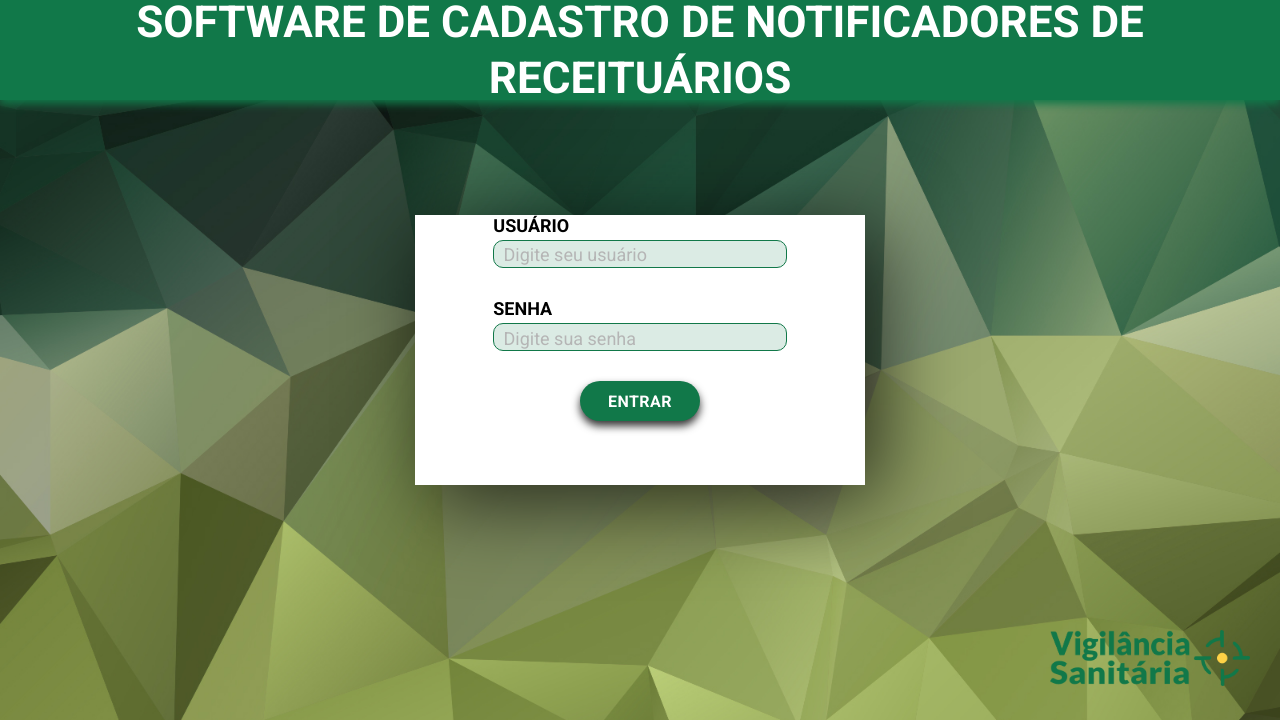
Repository: milena-rosa/web-prescription-notifier
Page: /
These files come from the project's save history. The page is drawn as it stood at one moment and after the next save; the edit follows.
The browser window is 1280 px wide. The pictures show the whole page.
The project was rebuilt for these pictures with package versions that can differ from the ones it lists, and the page was loaded fresh each time. Also part of the build but not shown: src/pages/Home/styles.ts, src/pages/Home/index.tsx.

Above is the page before, as saved 2021-11-07 13:30:49.

After the next save:
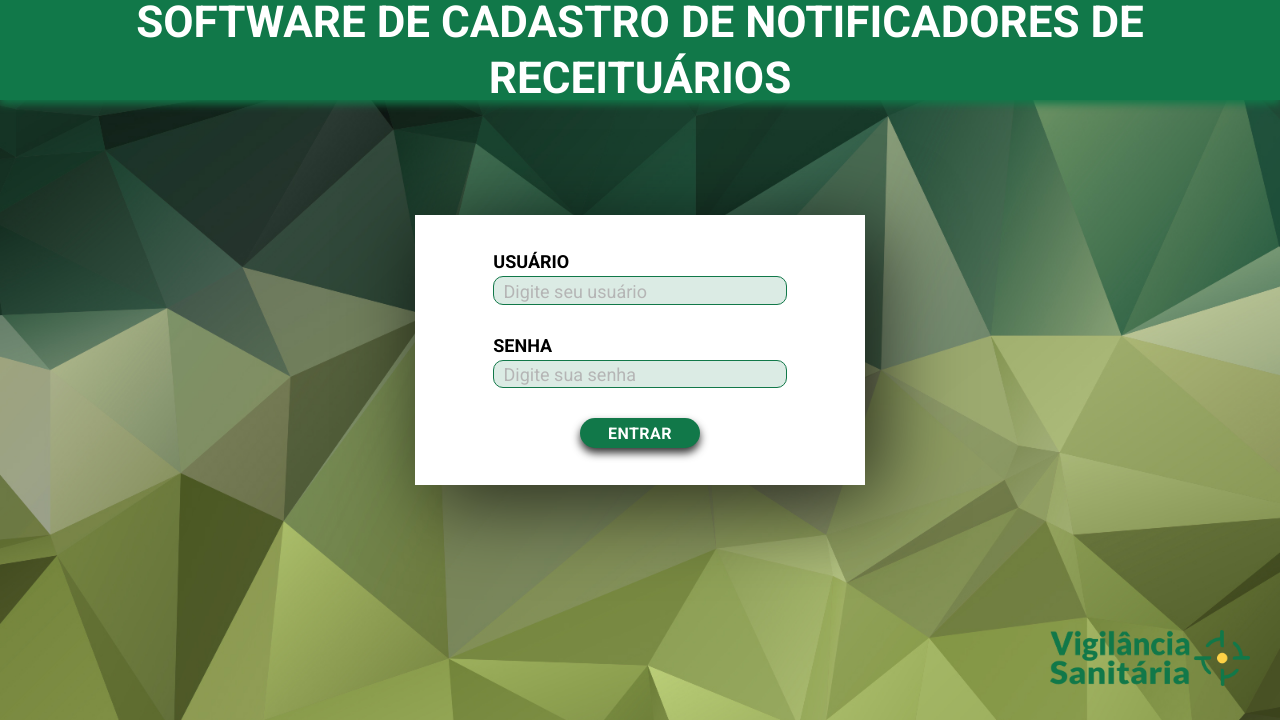
Saved 12 s later.
--- a/src/pages/SignIn/styles.ts
+++ b/src/pages/SignIn/styles.ts
@@ -39,6 +39,7 @@
     filter: drop-shadow(15px 15px 42px rgba(0, 0, 0, 0.7));
     flex-direction: column;
     height: 16.875rem;
+    padding: 2.28rem;
     width: 28.125rem;
   }
 

After the save that followed:
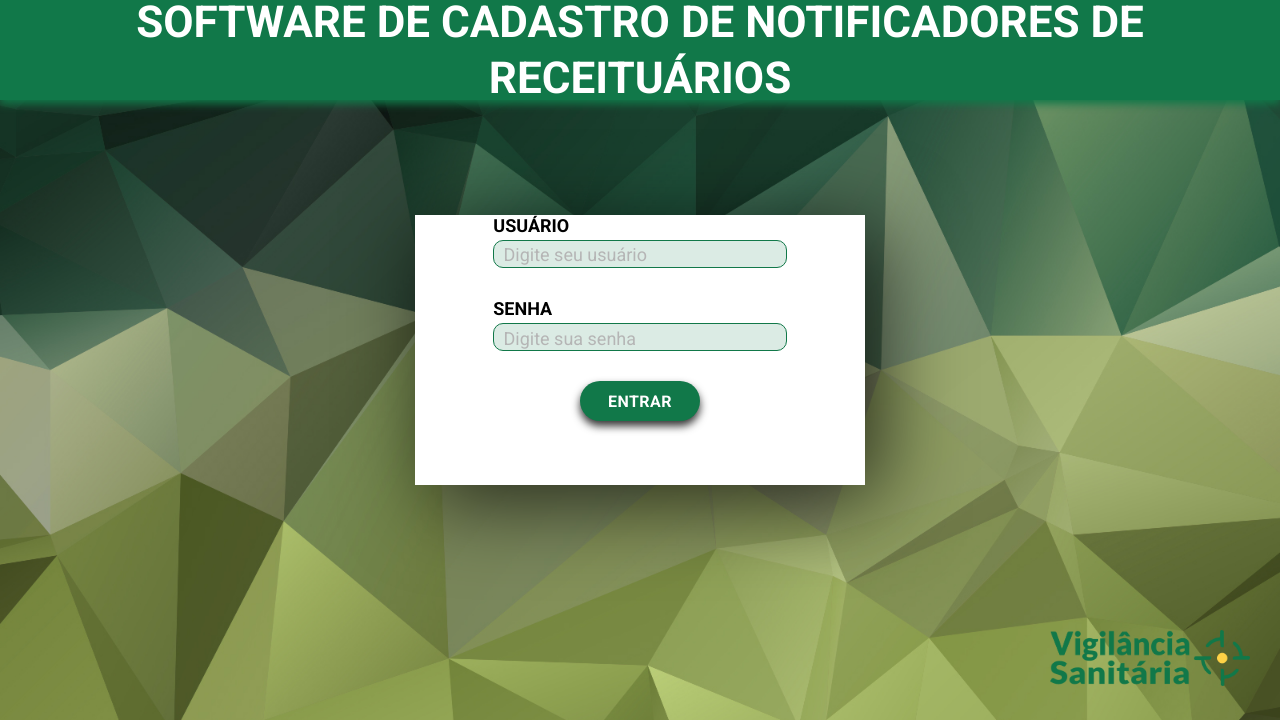
Saved 5 s later.
--- a/src/pages/SignIn/styles.ts
+++ b/src/pages/SignIn/styles.ts
@@ -39,7 +39,7 @@
     filter: drop-shadow(15px 15px 42px rgba(0, 0, 0, 0.7));
     flex-direction: column;
     height: 16.875rem;
-    padding: 2.28rem;
+    padding: 2.28rem auto;
     width: 28.125rem;
   }
 
